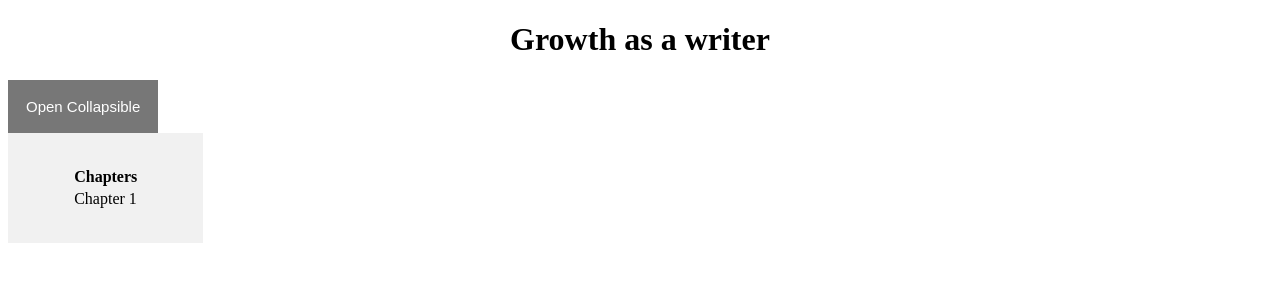
Repository: jpaisiem/WP-4
Page: index.html
These files come from the project's save history. The page is drawn as it stood at one moment and after the next save; the edit follows.
The browser window is 1280 px wide. The pictures show the whole page.

Above is the page before, as saved 2025-04-29 12:16:03.

After the next save:
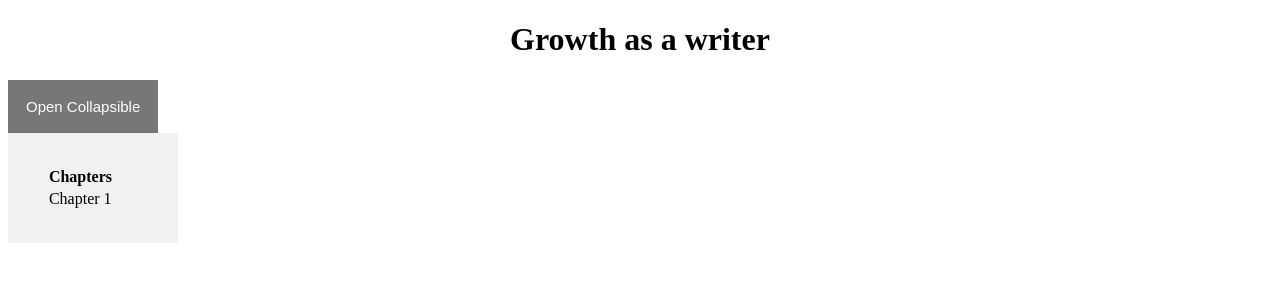
Saved 5 s later.
--- a/index.html
+++ b/index.html
@@ -26,7 +26,7 @@
   background-color: #f1f1f1;
   width: fit-content;
   height: fit-content;
-  padding-left: 5%;
+  padding-left: 3%;
   padding-right: 5%;
 }
 </style>
